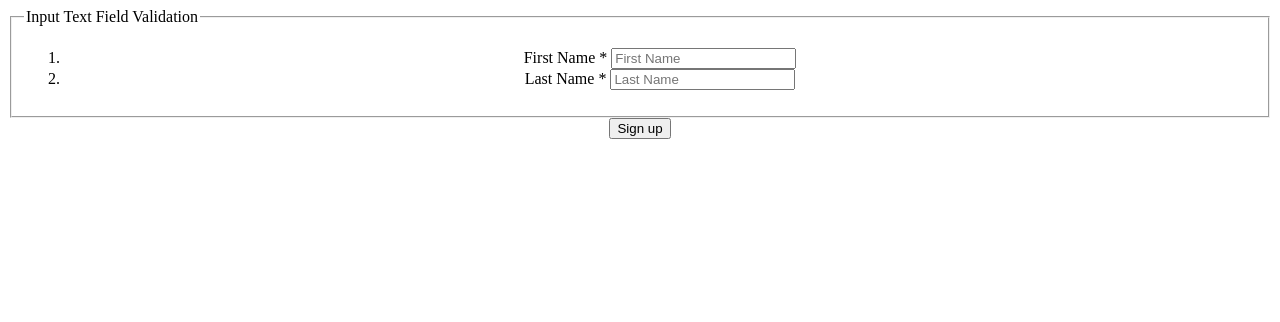
Repository: dhanasekar13/servlet
Page: shooping1/war/first.html
An editor plug-in stored every save of this project. The page is shown before and after the next save, followed by the edit.
The browser window is 1280 px wide. The pictures show the whole page.

Above is the page before, as saved 2017-05-10 10:12:05.

### shooping1/war/first.html
<!DOCTYPE html PUBLIC "-//W3C//DTD HTML 4.01 Transitional//EN" "http://www.w3.org/TR/html4/loose.dtd">

<html>
<body>
<center>
<form>
<fieldset>
 <legend>Input Text Field Validation</legend>
 <ol>
  <li>
   <label for="firstname">First Name *</label>
   <input type="text" id="firstname" name="firstname" placeholder="First Name" required />
  </li>
  <li>
   <label for="lastname">Last Name *</label>
   <input type="text" id="lastname" name="lastname" placeholder="Last Name" required />
  </li>
 </ol>
</fieldset><input type="submit" value="Sign up" />
</form></center>
</body>

</html>

After the next save:
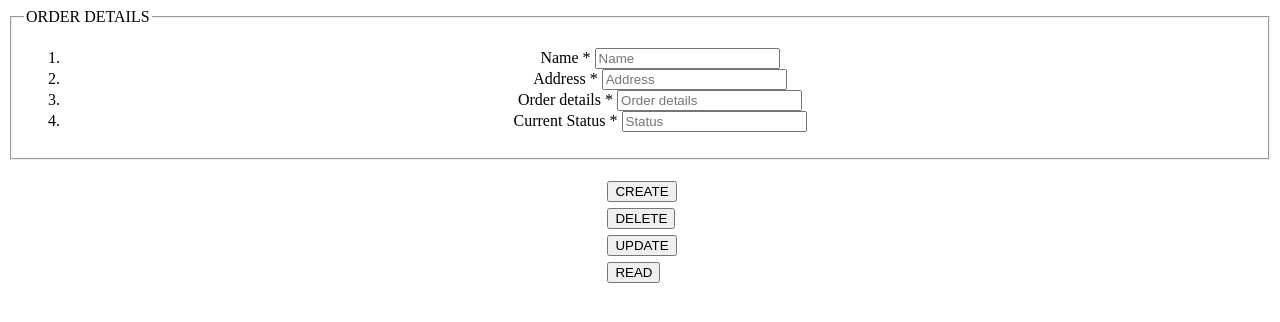
Saved 11 min 13 s later.
--- a/shooping1/war/first.html
+++ b/shooping1/war/first.html
@@ -5,19 +5,46 @@
 <center>
 <form>
 <fieldset>
- <legend>Input Text Field Validation</legend>
+ <legend>ORDER DETAILS</legend>
  <ol>
   <li>
-   <label for="firstname">First Name *</label>
-   <input type="text" id="firstname" name="firstname" placeholder="First Name" required />
+   <label>Name *</label>
+   <input type="text" id="firstname" name="firstname" placeholder="Name" required />
   </li>
   <li>
-   <label for="lastname">Last Name *</label>
-   <input type="text" id="lastname" name="lastname" placeholder="Last Name" required />
+   <label>Address *</label>
+   <input type="text" id="lastname" name="lastname" placeholder="Address" required />
+  </li>
+   <li>
+   <label>Order details *</label>
+   <input type="text" id="lastname" name="order" placeholder="Order details" />
+  </li>
+   <li>
+   <label>Current Status *</label>
+   <input type="text" id="lastname" name="status" placeholder="Status"/>
   </li>
  </ol>
-</fieldset><input type="submit" value="Sign up" />
+</fieldset><br>
+<table>
+<tr>
+<td><input type="hidden" name="hide" value="1"></td>
+<td><input type="submit" value="CREATE" /></td>
+<tr>
+<tr>
+<td><input type="hidden" name="hide" value="2"></td>
+<td><input type="submit" value="DELETE" /></td>
+<tr>
+<tr>
+<td><input type="hidden" name="hide" value="3"></td>
+<td><input type="submit" value="UPDATE" /></td>
+<tr>
+<tr>
+<td><input type="hidden" name="hide" value="1"></td>
+<td><input type="submit" value="READ" /></td>
+<tr>
+</table>
 </form></center>
+
 </body>
 
 </html>
